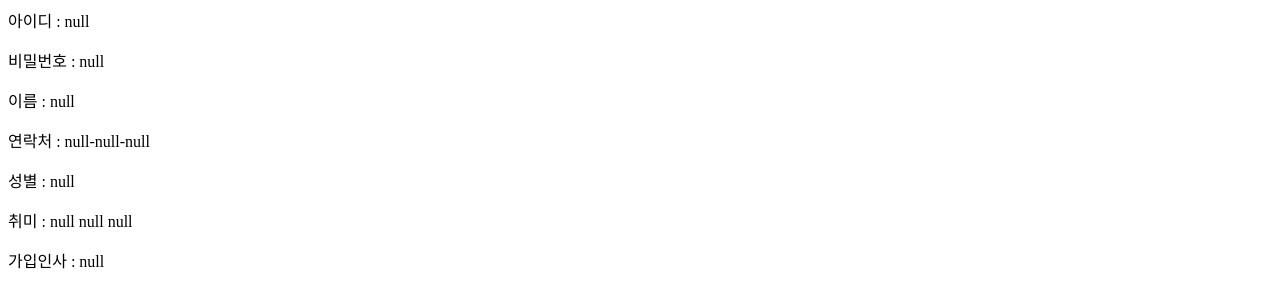
Repository: pojh5090/JspProgramming
Page: http://localhost/JSPBook/ch06/form5_process.jsp
The author's editor kept a copy of each file at every save. The page is drawn from the files as they stood at one save, then again after the next save.
The browser window is 1280 px wide. The pictures show the whole page.
The page is served by Tomcat 9. Other server files are loaded and not shown.

Above is the page before, as saved 2020-04-12 08:22:14.

### JSPBook/WebContent/ch06/form5_process.jsp
<%@ page language="java" contentType="text/html; charset=UTF-8"
    pageEncoding="UTF-8"%>
<!DOCTYPE html PUBLIC>
<html>
<head>
<meta http-equiv="Content-Type" content="text/html; charset=UTF-8">
<title>Form Processing</title>
</head>
<body>
	<%
		request.setCharacterEncoding("UTF-8");

		String id = request.getParameter("id");
		String passwd = request.getParameter("passwd");
		String name = request.getParameter("name");
		String phone1 = request.getParameter("phone1");
		String phone2 = request.getParameter("phone2");
		String phone3 = request.getParameter("phone3");
		String sex = request.getParameter("sex");
		String hobby1 = request.getParameter("hobby1");
		String hobby2 = request.getParameter("hobby2");
		String hobby3 = request.getParameter("hobby3");
		String comment = request.getParameter("comment");
	%>
	<p> 아이디 : <%=id %>
	<p> 비밀번호 : <%=passwd %>
	<p> 이름 : <%=name %>
	<p> 연락처 : <%=phone1 %>-<%=phone2 %>-<%=phone3 %>
	<p> 성별 : <%=sex%>
	<p> 취미 : <%=hobby1 %> <%=hobby2 %> <%=hobby3 %>
	<p> 가입인사 : <%=comment%>
</body>
</html>

After the next save:
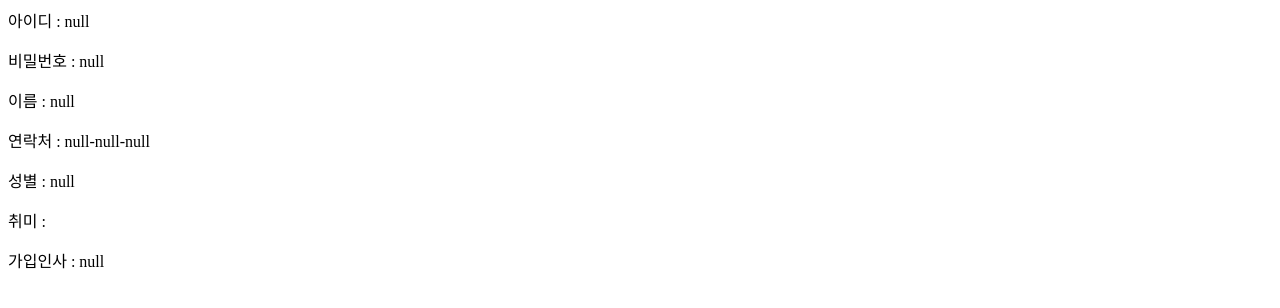
Saved 118 s later.
--- a/JSPBook/WebContent/ch06/form5_process.jsp
+++ b/JSPBook/WebContent/ch06/form5_process.jsp
@@ -17,9 +17,7 @@
 		String phone2 = request.getParameter("phone2");
 		String phone3 = request.getParameter("phone3");
 		String sex = request.getParameter("sex");
-		String hobby1 = request.getParameter("hobby1");
-		String hobby2 = request.getParameter("hobby2");
-		String hobby3 = request.getParameter("hobby3");
+		String[] hobby = request.getParameterValues("hobby");
 		String comment = request.getParameter("comment");
 	%>
 	<p> 아이디 : <%=id %>
@@ -27,7 +25,13 @@
 	<p> 이름 : <%=name %>
 	<p> 연락처 : <%=phone1 %>-<%=phone2 %>-<%=phone3 %>
 	<p> 성별 : <%=sex%>
-	<p> 취미 : <%=hobby1 %> <%=hobby2 %> <%=hobby3 %>
+	<p> 취미 : <%
+				if(hobby != null) {
+					for(int i = 0; i < hobby.length; i++) {
+						out.println(" " + hobby[i]);
+					}
+				}
+	%>
 	<p> 가입인사 : <%=comment%>
 </body>
 </html>
